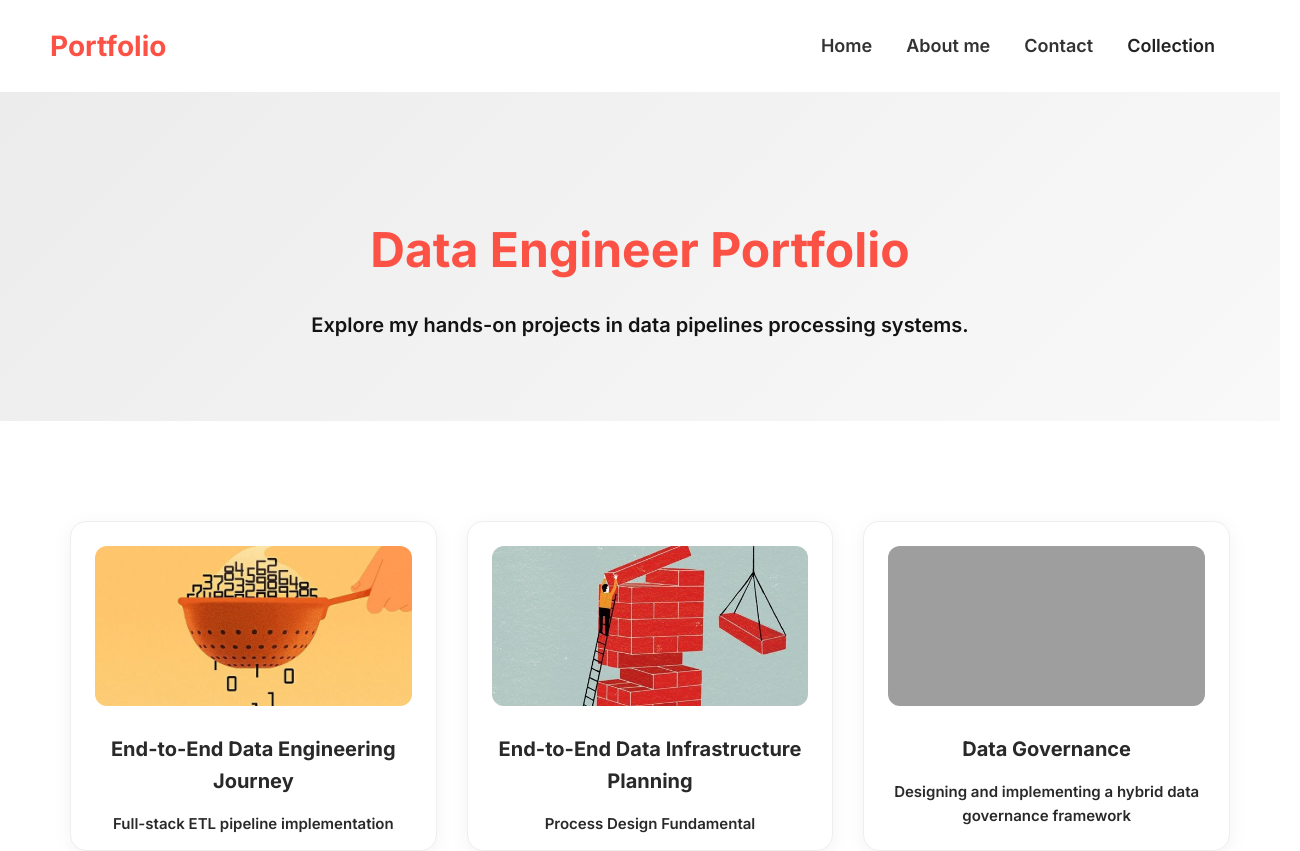
Repository: Wipas1919/Archive-portfolio
Page: projects/data-engineer.html
These files come from the project's save history. The page is drawn as it stood at one moment and after the next save; the edit follows.
The browser window is 1280 px wide. The page is 1300 px wide, so the pictures cover 1300 px, including what lies to the right of the window. The pictures show the whole page.
Pictures or frames that could not be fetched are drawn as grey boxes.

Above is the page before, as saved 2025-06-01 21:00:44.

After the next save:
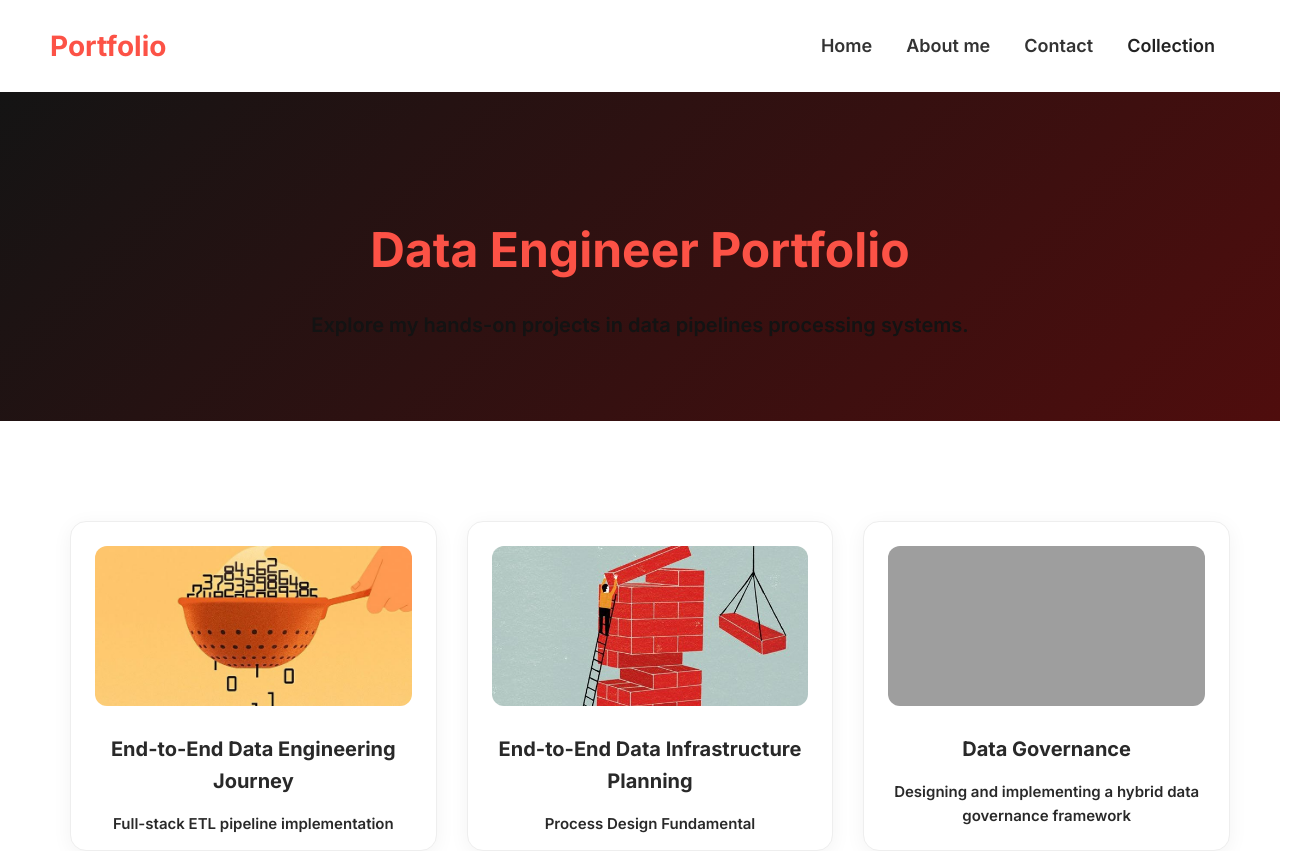
Saved 6 s later.
--- a/projects/data-engineer.html
+++ b/projects/data-engineer.html
@@ -12,7 +12,7 @@
       font-family: 'Inter', sans-serif;
     }
     .cover {
-      background: linear-gradient(135deg, #ececec, #f9f9f9);
+      background: linear-gradient(135deg, #141414, #4f0d0d);
       padding: 80px 20px;
       text-align: center;
     }
